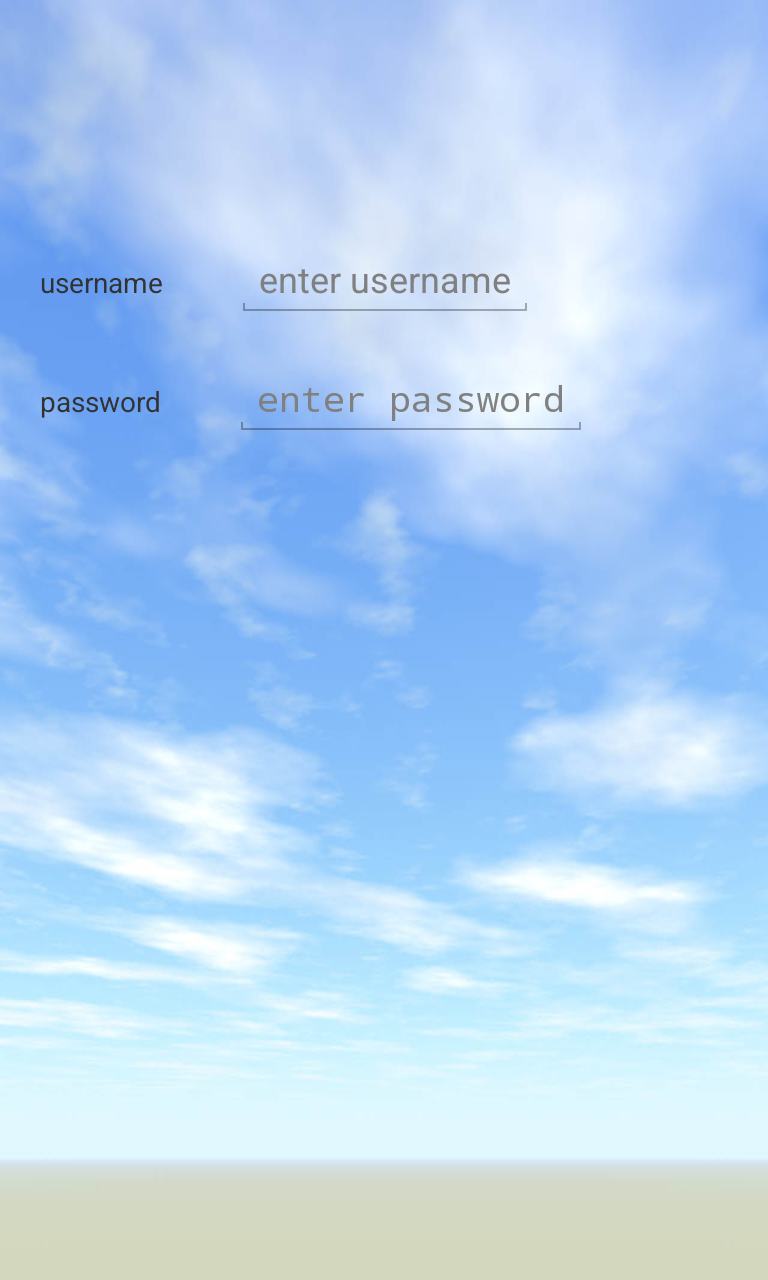
Repository: prernanain27/Android-Travel-Project
Layout: Itravel/res/layout/activity_finalproject.xml
An editor plug-in stored every save of this project. The layout is shown before and after the next save, followed by the edit.
It is drawn on a 768 x 1280 px phone screen (xhdpi) without system bars, with theme AppTheme; the app's code is not run.

Above is the layout before, as saved 2013-09-21 04:24:09.

After the next save:
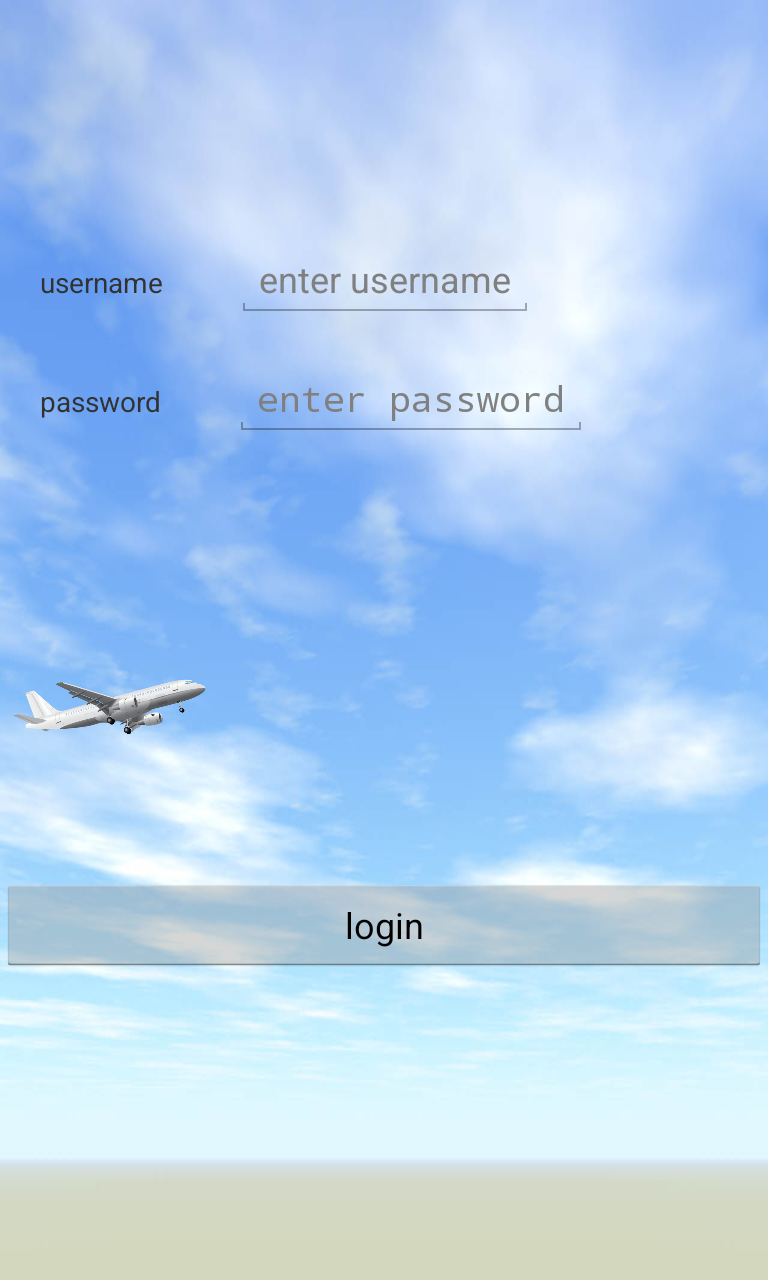
Saved 16 s later.
--- a/Itravel/res/layout/activity_finalproject.xml
+++ b/Itravel/res/layout/activity_finalproject.xml
@@ -89,7 +89,7 @@
         android:layout_width="100dp"
         android:layout_height="100dp"
         android:layout_marginLeft="05dp"
-        android:layout_marginTop="370dp"
+        android:layout_marginTop="10dp"
         android:src="@drawable/plane" />
 <Button
     android:layout_height="wrap_content"
